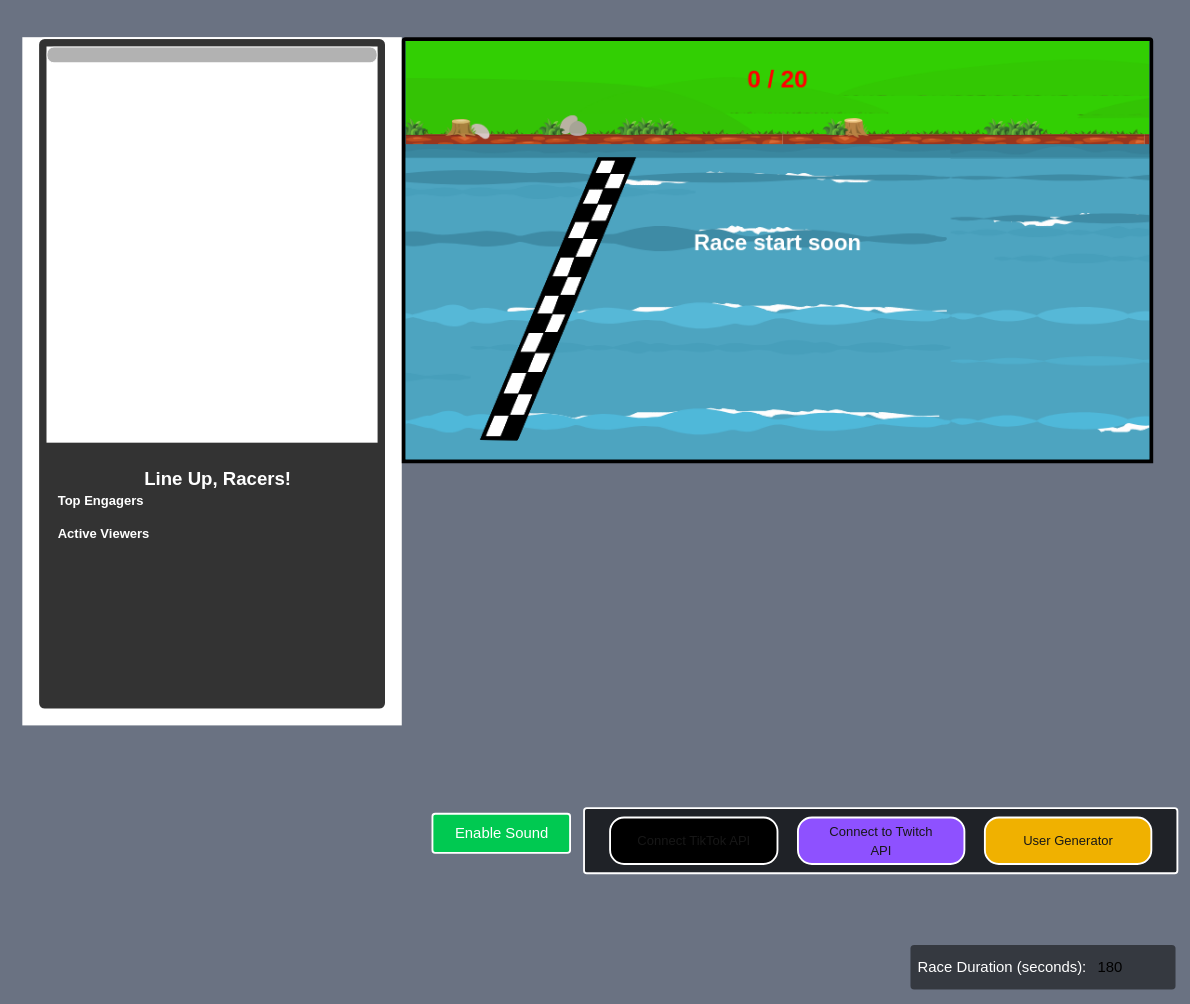
Repository: stevenreas09-coder/duckrace
Page: /
An editor plug-in stored every save of this project. The page is shown before and after the next save, followed by the edit.
The browser window is 1280 px wide. The pictures show the whole page, at 93% of full size.
The project was rebuilt for these pictures with package versions that can differ from the ones it lists, and the page was loaded fresh each time. The framework's server and built-in components were replaced by stand-ins that run in the browser. Also part of the build but not shown: next.config.ts.

Above is the page before, as saved 2025-12-17 20:50:26.

### app/globals.css
@import "tailwindcss";

:root {
  --background: #ffffff;
  --foreground: #171717;
}

@theme inline {
  --color-background: var(--background);
  --color-foreground: var(--foreground);
  --font-sans: var(--font-geist-sans);
  --font-mono: var(--font-geist-mono);
}

@media (prefers-color-scheme: dark) {
  :root {
    --background: #0a0a0a;
    --foreground: #ededed;
  }
}

body {
  background: var(--background);
  color: var(--foreground);
  font-family: Arial, Helvetica, sans-serif;
}
.animated-user {
  font-weight: bold;
  padding-left: 1rem;
  font-size: 1.25rem; /* text-xl */
  opacity: 0;
  transform: translateX(-20px);
  animation: slideInFade 0.5s forwards;
  animation-timing-function: ease-out;
}

.user-text {
  font-size: 0.875rem; /* text-sm */
  color: white;
  font-family: sans-serif;
}

/* keyframes */
@keyframes slideInFade {
  0% {
    opacity: 0;
    transform: translateX(-20px);
  }
  100% {
    opacity: 1;
    transform: translateX(0);
  }
}

/* optional floating effect */
.animated-user.float {
  animation: float 2s ease-in-out infinite;
}

@keyframes float {
  0%,
  100% {
    transform: translateY(0);
  }
  50% {
    transform: translateY(-3px);
  }
}

/* Leaderboard container */
.leaderboard {
  height: 100%;
  display: grid;
  grid-auto-rows: min-content;
  gap: 0.5rem;
  padding: 0.5rem;

  /* Full border */
  border: 1px solid white;

  background: rgba(0, 0, 0, 0.3);
  border-radius: 0.5rem;

  /* optional: make inner content not overflow */
  overflow: hidden;
}

/* Each item */
.leaderboard-item {
  display: flex;
  align-items: center;
  gap: 0.5rem;
  padding: 0.5rem 1rem;
  background: rgba(0, 0, 0, 0.5);
  border-radius: 0.375rem;
  box-shadow: 0 2px 6px rgba(0, 0, 0, 0.5);
  transform: translateX(-20px);
  opacity: 0;
  animation: slideInFade 0.5s forwards ease-out;
}

/* Username */
.username {
  font-weight: bold;
  font-size: 1.25rem;
  text-shadow: 0 0 6px rgba(255, 255, 255, 0.7); /* glow effect */
}

/* Status */
.status {
  font-size: 0.875rem;
  color: white;
  font-family: sans-serif;
}

/* Slide in + fade animation */
@keyframes slideInFade {
  0% {
    opacity: 0;
    transform: translateX(-20px);
  }
  100% {
    opacity: 1;
    transform: translateX(0);
  }
}

/* Optional floating effect */
.leaderboard-item.float .username {
  animation: float 2s ease-in-out infinite;
}

@keyframes float {
  0%,
  100% {
    transform: translateY(0);
  }
  50% {
    transform: translateY(-3px);
  }
}

### app/componets/finishlane.ts
export function FinishLane(
  ctx: CanvasRenderingContext2D,
  offsetX = 0,
  offsetY = 0,
  scale = 1
) {
  ctx.save();
  ctx.translate(offsetX, offsetY);
  ctx.scale(scale, scale);

  // Base white shapes
  ctx.fillStyle = "white";
  const whiteShapes = [
    [
      [11.25, 1],
      [1, 1],
      [1, 18],
      [11.7952, 18],
      [11.25, 1],
    ],
    [
      [12.3244, 34.5],
      [1, 34.5],
      [1, 51.5],
      [12.8697, 51.5],
      [12.3244, 34.5],
    ],
    [
      [13.4149, 68.5],
      [1, 68.5],
      [1, 89],
      [14.0724, 89],
      [13.4149, 68.5],
    ],
    [
      [14.794, 111.5],
      [1, 111.5],
      [1, 134],
      [15.5156, 134],
      [14.794, 111.5],
    ],
    [
      [16.3014, 158.5],
      [1, 158.5],
      [1, 183],
      [17.0872, 183],
      [16.3014, 158.5],
    ],
    [
      [17.9371, 209.5],
      [1, 209.5],
      [1, 234.5],
      [18.7389, 234.5],
      [17.9371, 209.5],
    ],
    [
      [19.5728, 260.5],
      [1, 260.5],
      [1, 282.75],
      [20.2864, 282.75],
      [19.5728, 260.5],
    ],
    [
      [14.0724, 89],
      [14.794, 111.5],
      [28.588, 111.5],
      [27.1447, 89],
      [14.0724, 89],
    ],
    [
      [15.5156, 134],
      [16.3014, 158.5],
      [31.6028, 158.5],
      [30.0312, 134],
      [15.5156, 134],
    ],
    [
      [17.0872, 183],
      [17.9371, 209.5],
      [34.8742, 209.5],
      [33.1743, 183],
      [17.0872, 183],
    ],
    [
      [18.7389, 234.5],
      [19.5728, 260.5],
      [38.1456, 260.5],
      [36.4778, 234.5],
      [18.7389, 234.5],
    ],
    [
      [21, 305],
      [41, 305],
      [39.5728, 282.75],
      [20.2864, 282.75],
      [21, 305],
    ],
    [
      [12.8697, 51.5],
      [13.4149, 68.5],
      [25.8298, 68.5],
      [24.7393, 51.5],
      [12.8697, 51.5],
    ],
    [
      [11.7952, 18],
      [12.3244, 34.5],
      [23.6488, 34.5],
      [22.5905, 18],
      [11.7952, 18],
    ],
  ];

  whiteShapes.forEach((shape) => {
    ctx.beginPath();
    ctx.moveTo(shape[0][0], shape[0][1]);
    for (let i = 1; i < shape.length; i++) ctx.lineTo(shape[i][0], shape[i][1]);
    ctx.closePath();
    ctx.fill();
  });

  // Black shapes
  ctx.fillStyle = "black";
  const blackShapes = [
    [
      [1, 305],
      [21, 305],
      [20.2864, 282.75],
      [1, 282.75],
      [1, 305],
    ],
    [
      [19.5728, 260.5],
      [20.2864, 282.75],
      [39.5728, 282.75],
      [38.1456, 260.5],
      [19.5728, 260.5],
    ],
    [
      [18.7389, 234.5],
      [1, 234.5],
      [1, 260.5],
      [19.5728, 260.5],
      [18.7389, 234.5],
    ],
    [
      [17.9371, 209.5],
      [18.7389, 234.5],
      [36.4778, 234.5],
      [34.8742, 209.5],
      [17.9371, 209.5],
    ],
    [
      [17.0872, 183],
      [1, 183],
      [1, 209.5],
      [17.9371, 209.5],
      [17.0872, 183],
    ],
    [
      [16.3014, 158.5],
      [17.0872, 183],
      [33.1743, 183],
      [31.6028, 158.5],
      [16.3014, 158.5],
    ],
    [
      [15.5156, 134],
      [1, 134],
      [1, 158.5],
      [16.3014, 158.5],
      [15.5156, 134],
    ],
    [
      [14.794, 111.5],
      [15.5156, 134],
      [30.0312, 134],
      [28.588, 111.5],
      [14.794, 111.5],
    ],
    [
      [14.0724, 89],
      [1, 89],
      [1, 111.5],
      [14.794, 111.5],
      [14.0724, 89],
    ],
    [
      [13.4149, 68.5],
      [14.0724, 89],
      [27.1447, 89],
      [25.8298, 68.5],
      [13.4149, 68.5],
    ],
    [
      [12.8697, 51.5],
      [1, 51.5],
      [1, 68.5],
      [13.4149, 68.5],
      [12.8697, 51.5],
    ],
    [
      [12.3244, 34.5],
      [12.8697, 51.5],
      [24.7393, 51.5],
      [23.6488, 34.5],
      [12.3244, 34.5],
    ],
    [
      [21.5, 1],
      [11.25, 1],
      [11.7952, 18],
      [22.5905, 18],
      [21.5, 1],
    ],
    [
      [11.7952, 18],
      [1, 18],
      [1, 34.5],
      [12.3244, 34.5],
      [11.7952, 18],
    ],
  ];

  blackShapes.forEach((shape) => {
    ctx.beginPath();
    ctx.moveTo(shape[0][0], shape[0][1]);
    for (let i = 1; i < shape.length; i++) ctx.lineTo(shape[i][0], shape[i][1]);
    ctx.closePath();
    ctx.fill();
  });

  ctx.restore();
}

### app/componets/DrawUserName.ts
export function DrawUsername(
  ctx: CanvasRenderingContext2D,
  username: string,
  x: number,
  y: number
) {
  ctx.save(); // Save default canvas state (no shadow)

  // --- Text styles ---
  ctx.font = "bold 12px Verdana";
  ctx.textAlign = "center";

  // --- Shadow effect (only for username) ---
  ctx.shadowColor = "rgba(0,0,0,0.8)";
  ctx.shadowBlur = 4;
  ctx.shadowOffsetX = 2;
  ctx.shadowOffsetY = 2;

  // --- Outline ---
  ctx.lineWidth = 3;
  ctx.strokeStyle = "black";

  // --- Fill ---
  ctx.fillStyle = "white";

  // Draw shadow outline then fill
  ctx.strokeText(username, x, y);
  ctx.fillText(username, x, y);

  ctx.restore(); // Remove shadow + reset canvas styles
}

### app/componets/ducks/premium/index.ts
export { duckPremiumZero } from "./duckspremium0";
export { duckPremiumOne } from "./duckspremium1";
export { duckPremiumTwo } from "./duckspremium2";
export { duckPremiumThree } from "./duckspremium3";
export { duckPremiumFour } from "./duckspremium4";
export { duckPremiumFive } from "./duckspremium5";
export { duckPremiumSix } from "./duckspremium6";
export { duckPremiumSeven } from "./duckspremium7";
export { duckPremiumEight } from "./duckspremium8";

Loaded but not shown: app/layout.tsx (common file); public/mockUsers.json (156 lines, source omitted); app/page.tsx (1231 lines, source omitted); app/componets/ducks/premium/duckspremium0.ts (701 lines, source omitted); app/componets/ducks/premium/duckspremium7.ts (671 lines, source omitted); app/componets/ducks/premium/duckspremium6.ts (603 lines, source omitted); app/componets/ducks/premium/duckspremium8.ts (542 lines, source omitted); app/componets/ducks/premium/duckspremium1.ts (511 lines, source omitted); app/componets/ducks/premium/duckspremium2.ts (483 lines, source omitted); app/componets/ducks/premium/duckspremium4.ts (448 lines, source omitted); app/componets/lane.ts (522 lines, source omitted); app/componets/ducks/premium/duckspremium3.ts (417 lines, source omitted); app/componets/ducks/premium/duckspremium5.ts (378 lines, source omitted); app/componets/ducks/duks.ts (327 lines, source omitted)

After the next save:
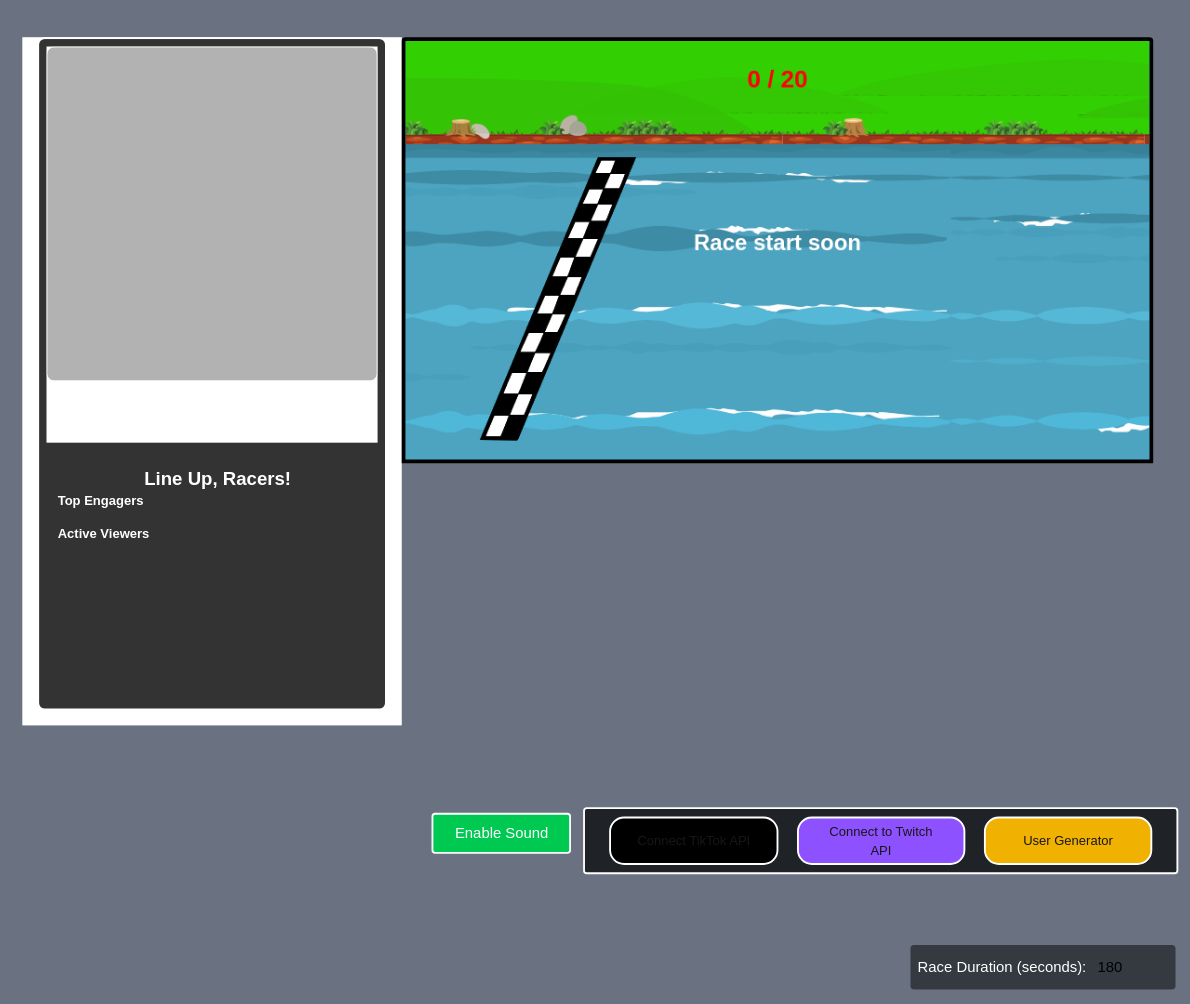
Saved 2 min 8 s later.
--- a/app/globals.css
+++ b/app/globals.css
@@ -69,7 +69,7 @@ body {
 
 /* Leaderboard container */
 .leaderboard {
-  height: 100%;
+  min-height: 50vh;
   display: grid;
   grid-auto-rows: min-content;
   gap: 0.5rem;
